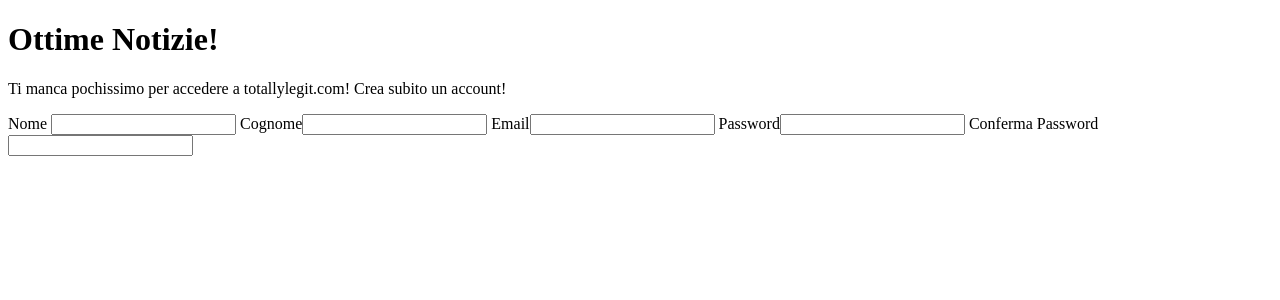
Repository: inkeaton/samarkanda
Page: Codice/Unige/Anno 3/SAW/es2/form.html
An editor plug-in stored every save of this project. The page is shown before and after the next save, followed by the edit.
The browser window is 1280 px wide. The pictures show the whole page.

Above is the page before, as saved 2023-10-01 15:07:17.

After the next save:
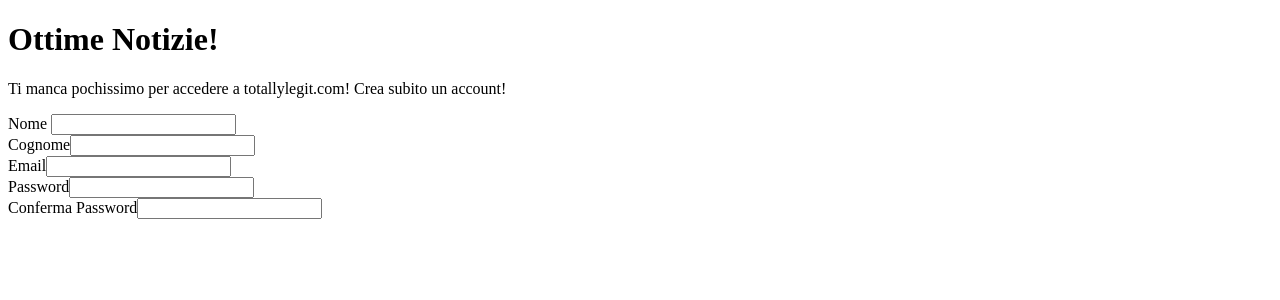
Saved 44 s later.
--- a/Codice/Unige/Anno 3/SAW/es2/form.html
+++ b/Codice/Unige/Anno 3/SAW/es2/form.html
@@ -12,15 +12,15 @@
         </header>
 
         <form>
-            Nome <input type="text" id="firstname" name="firstname">
+            Nome <input type="text" id="firstname" name="firstname"><br>
 
-            Cognome<input type="text" id="lastname" name="lastname">
+            Cognome<input type="text" id="lastname" name="lastname"><br>
 
-            Email<input type="email" id="email" name="email">
+            Email<input type="email" id="email" name="email"><br>
 
-            Password<input type="password" id="pass" name="pass">
+            Password<input type="password" id="pass" name="pass"><br>
 
-            Conferma Password<input type="password" id="confirm" name="confirm">
+            Conferma Password<input type="password" id="confirm" name="confirm"><br>
         </form>
     </body>
 </html>
